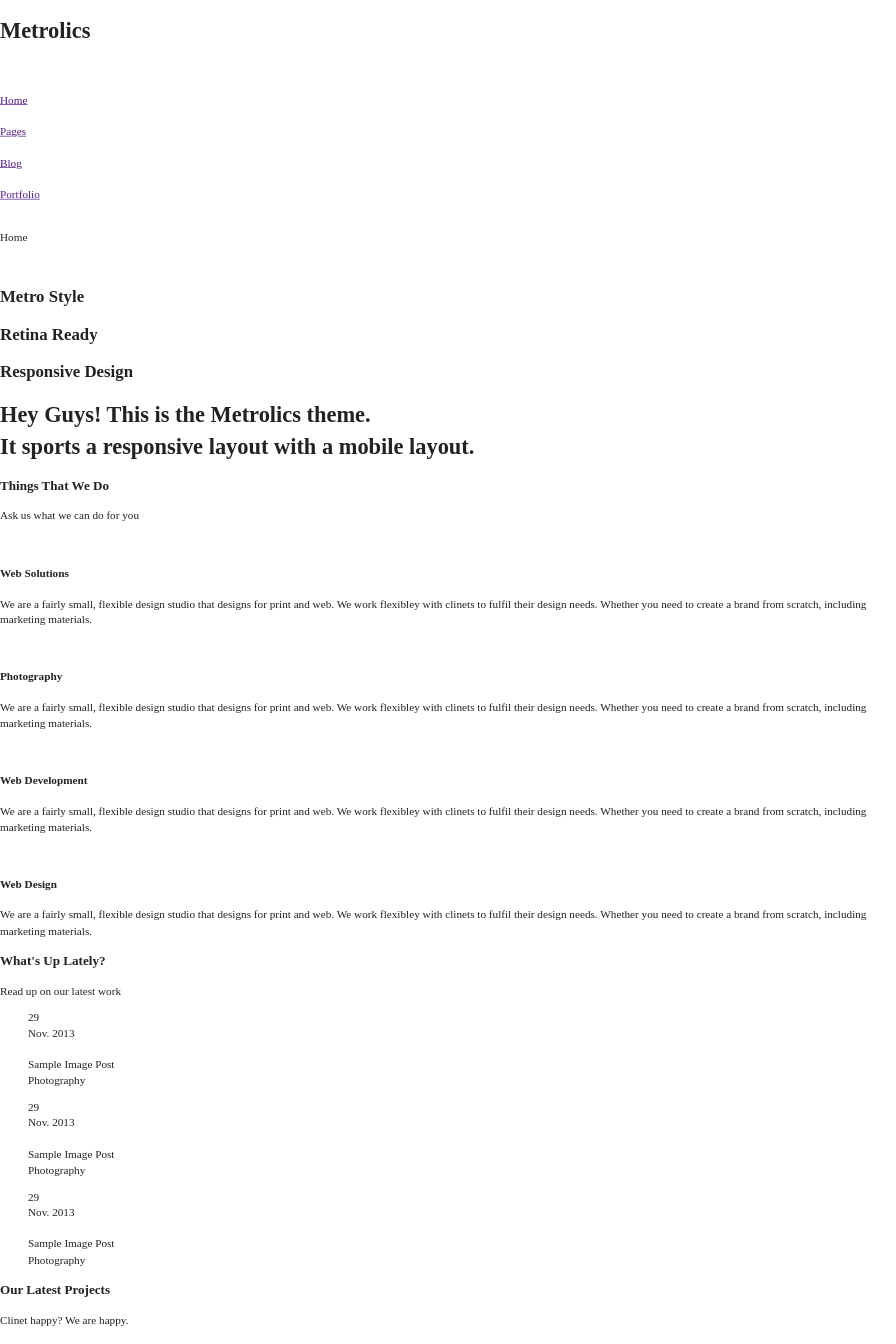
Repository: claudiashin/metrolics
Page: index.html
The author's editor kept a copy of each file at every save. The page is drawn from the files as they stood at one save, then again after a run of saves.
The browser window is 1280 px wide. The pictures show the part of the page from y = 0 to 1920 px (the page is 2889 px tall before and 2857 px after), at 70% of full size.

Above is the page before, as saved 2021-01-27 16:36:16.

After the next 2 saves:
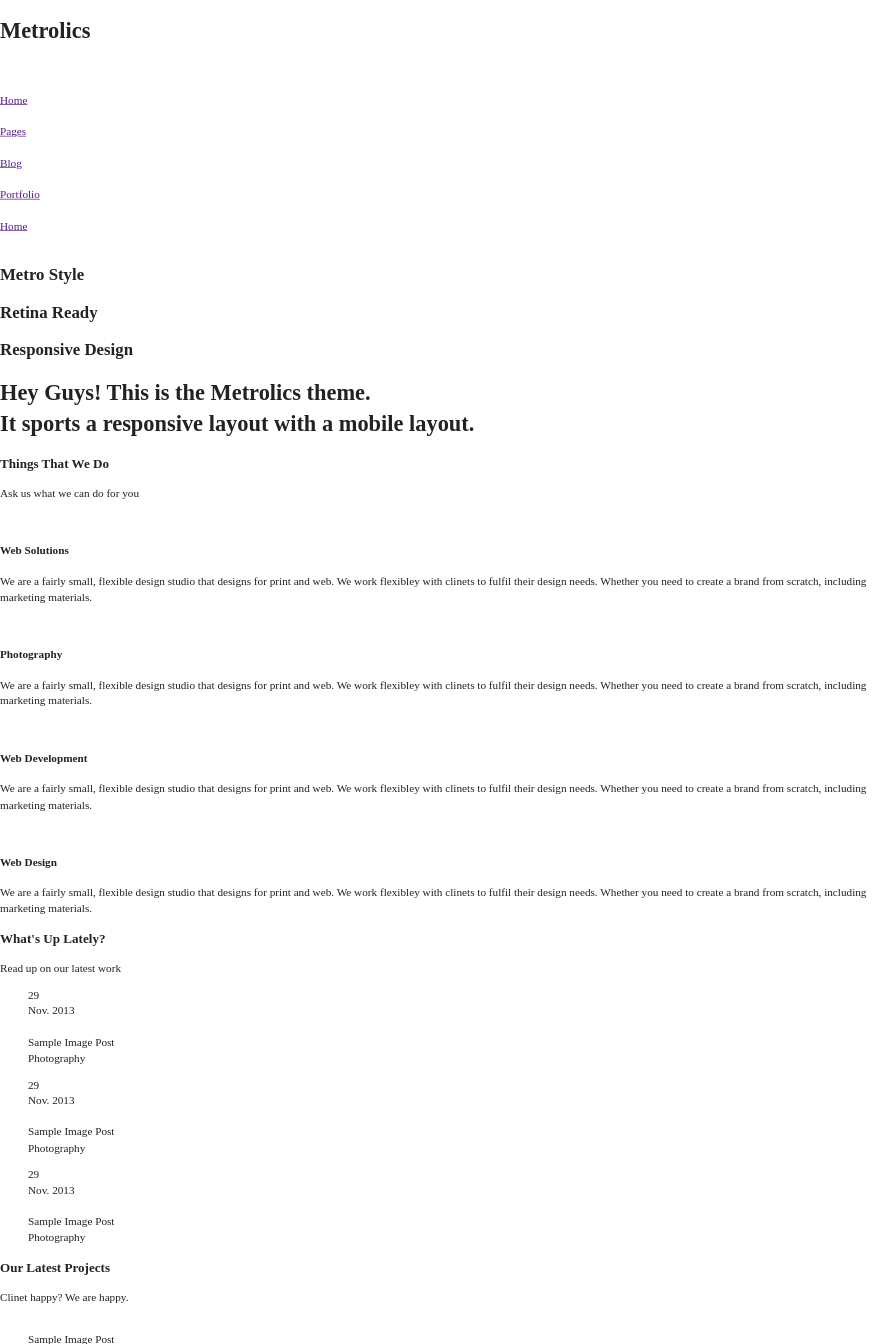
The 2 saves are shown as one change because they came seconds apart.
The last was saved 9 s later.
--- a/index.html
+++ b/index.html
@@ -40,7 +40,7 @@
         <a href="">Portfolio</a>
       </div><div class="nav_icon">
         <div><img src=""></div>
-        <p>Home</p>
+        <a href="">Home</a>
       </div>
     </div>
   </nav>
